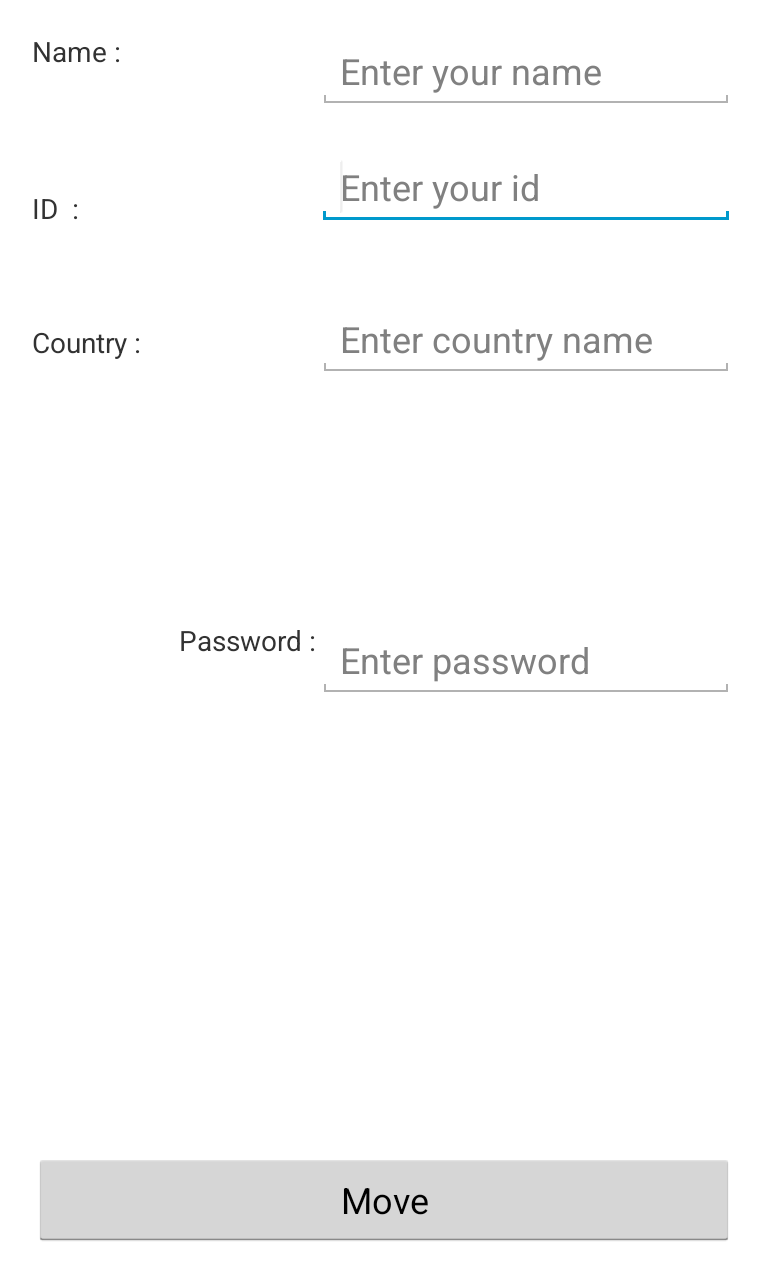
Repository: suzauddola/Android_Apps
Layout: Source/bundle/bandle/res/layout/first.xml
An editor plug-in stored every save of this project. The layout is shown before and after the next save, followed by the edit.
It is drawn on a 768 x 1280 px phone screen (xhdpi) without system bars, with theme AppTheme; the app's code is not run.

Above is the layout before, as saved 2013-09-05 02:27:14.

After the next save:
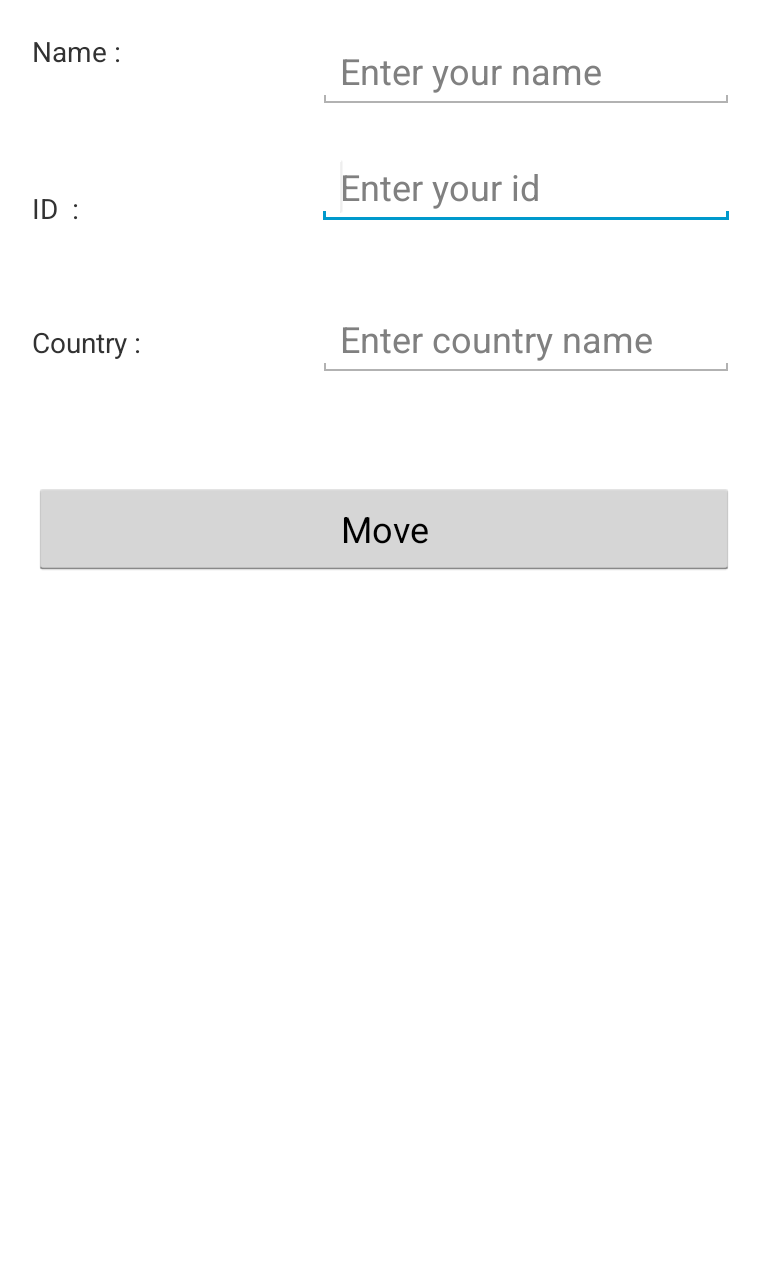
Saved 82 s later.
--- a/Source/bundle/bandle/res/layout/first.xml
+++ b/Source/bundle/bandle/res/layout/first.xml
@@ -63,30 +63,13 @@
         android:ems="10"
         android:hint="Enter country name"/>
 
-    <TextView
-        android:id="@+id/tvPassword"
-        android:layout_width="wrap_content"
-        android:layout_height="wrap_content"
-        android:layout_centerVertical="true"
-        android:layout_toLeftOf="@+id/etCountry"
-        android:text="Password :" />
-
-    <EditText
-        android:id="@+id/etPassword"
-        android:layout_width="wrap_content"
-        android:layout_height="wrap_content"
-        android:layout_alignLeft="@+id/etCountry"
-        android:layout_alignTop="@+id/tvPassword"
-        android:ems="10"
-        android:hint="Enter password"
-        />
-
     <Button
         android:id="@+id/button1"
         android:layout_width="fill_parent"
         android:layout_height="wrap_content"
-        android:layout_alignParentBottom="true"
         android:layout_alignParentLeft="true"
+        android:layout_below="@+id/etCountry"
+        android:layout_marginTop="51dp"
         android:text="Move" />
 
 </RelativeLayout>
